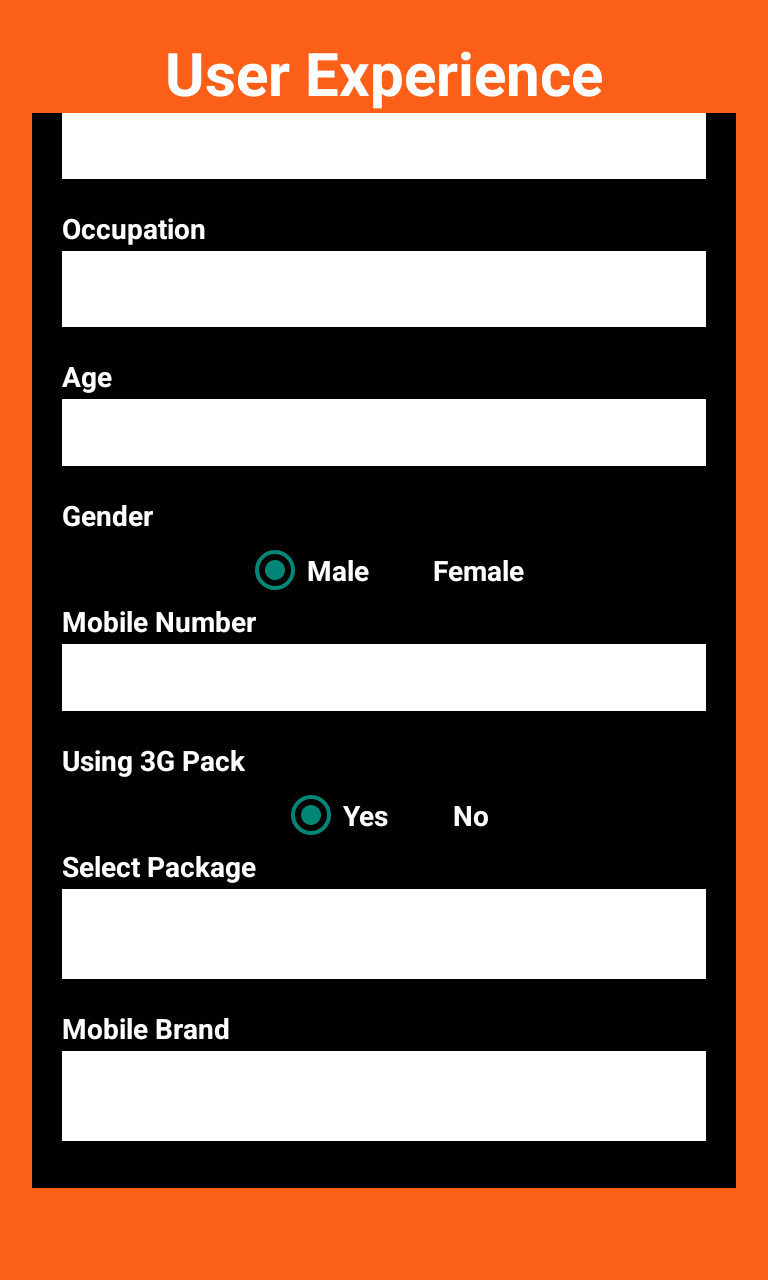
Repository: MushfiqurRahman/BLink3gApp
Layout: 3gExperience/res/layout/activity_survey.xml
These files come from the project's save history. The layout is drawn as it stood at one moment and after the next save; the edit follows.
It is drawn on a 768 x 1280 px phone screen (xhdpi) without system bars, with theme AppTheme; the app's code is not run.

Above is the layout before, as saved 2014-05-21 13:06:39.

### 3gExperience/res/layout/activity_survey.xml
<RelativeLayout xmlns:android="http://schemas.android.com/apk/res/android"
    xmlns:tools="http://schemas.android.com/tools"
    android:layout_width="match_parent"
    android:layout_height="match_parent"
    android:background="#FC6018"
    android:paddingBottom="@dimen/activity_vertical_margin"
    android:paddingLeft="@dimen/activity_horizontal_margin"
    android:paddingRight="@dimen/activity_horizontal_margin"
    android:paddingTop="@dimen/activity_vertical_margin"
    tools:context="com.example.gexperience.SurveyActivity$PlaceholderFragment" >

    <RelativeLayout
        android:id="@+id/topMain"
        android:layout_width="fill_parent"
        android:layout_height="wrap_content" >

        <TextView
            android:layout_width="wrap_content"
            android:layout_height="wrap_content"
            android:layout_centerInParent="true"
            android:layout_marginLeft="5dip"
            android:text="@string/survey_heading"
            android:textColor="#ffffff"
            android:textSize="30sp"
            android:textStyle="bold" />
    </RelativeLayout>

    <LinearLayout
        android:id="@+id/LinearBottom"
        android:layout_width="fill_parent"
        android:layout_height="30dp"
        android:layout_alignParentBottom="true"
        android:gravity="bottom"
        android:orientation="vertical" >
    </LinearLayout>

    <LinearLayout
        android:id="@+id/layout_survey_form"
        android:layout_width="fill_parent"
        android:layout_height="fill_parent"
        android:layout_above="@id/LinearBottom"
        android:layout_alignParentLeft="true"
        android:layout_below="@id/topMain"
        android:background="#000000"
        android:gravity="center"
        android:orientation="vertical"
        android:paddingLeft="15dp"
        android:paddingRight="15dp" >

        <LinearLayout
            android:layout_width="fill_parent"
            android:layout_height="wrap_content"
            android:layout_gravity="left" >

            <TextView
                android:id="@+id/textView3"
                android:layout_width="wrap_content"
                android:layout_height="wrap_content"
                android:layout_marginBottom="2dp"
                android:text="@string/sbcr_name"
                android:textColor="#FFFFFF"
                android:textStyle="bold" />
        </LinearLayout>

        <EditText
            android:id="@+id/edtName"
            android:layout_width="match_parent"
            android:layout_height="wrap_content"
            android:layout_marginBottom="15dp"
            android:background="#FFFFFF"
            android:ems="10"
            android:inputType="text"
            android:textSize="25sp" />

        <LinearLayout
            android:layout_width="fill_parent"
            android:layout_height="wrap_content"
            android:layout_gravity="left" >

            <TextView
                android:id="@+id/textView1"
                android:layout_width="wrap_content"
                android:layout_height="wrap_content"
                android:layout_marginBottom="2dp"
                android:text="@string/sbcr_occupation"
                android:textColor="#FFFFFF"
                android:textStyle="bold" />
        </LinearLayout>

        <Spinner
            android:id="@+id/spnOccupation"
            android:layout_width="match_parent"
            android:layout_height="38dp"
            android:layout_marginBottom="15dp"
            android:background="#FFFFFF"
            android:drawSelectorOnTop="true"
            android:padding="5dp"
            android:spinnerMode="dropdown"
            android:textSize="30sp" />

        <LinearLayout
            android:layout_width="fill_parent"
            android:layout_height="wrap_content"
            android:layout_gravity="left" >

            <TextView
                android:id="@+id/textView2"
                android:layout_width="wrap_content"
                android:layout_height="wrap_content"
                android:layout_marginBottom="2dp"
                android:text="@string/sbcr_age"
                android:textColor="#FFFFFF"
                android:textStyle="bold" />
        </LinearLayout>

        <EditText
            android:id="@+id/edtAge"
            android:layout_width="match_parent"
            android:layout_height="wrap_content"
            android:layout_marginBottom="15dp"
            android:background="#FFFFFF"
            android:ems="10"
            android:inputType="number"
            android:textSize="25sp" />

        <LinearLayout
            android:layout_width="fill_parent"
            android:layout_height="wrap_content"
            android:layout_gravity="left" >

            <TextView
                android:id="@+id/tvGender"
                android:layout_width="wrap_content"
                android:layout_height="wrap_content"
                android:layout_marginBottom="2dp"
                android:text="@string/sbcr_gender"
                android:textColor="#FFFFFF"
                android:textStyle="bold" />
        </LinearLayout>

        <RadioGroup
            android:id="@+id/rdoGender"
            android:layout_width="wrap_content"
            android:layout_height="wrap_content"
            android:orientation="horizontal" >

            <RadioButton
                android:id="@+id/radio0"
                android:layout_width="wrap_content"
                android:layout_height="wrap_content"
                android:checked="true"
                android:text="Male"
                android:textColor="#FFFFFF"
                android:textStyle="bold" />

            <RadioButton
                android:id="@+id/radio1"
                android:layout_width="wrap_content"
                android:layout_height="wrap_content"
                android:text="Female"
                android:textColor="#FFFFFF"
                android:textStyle="bold" />
        </RadioGroup>

        <LinearLayout
            android:layout_width="fill_parent"
            android:layout_height="wrap_content"
            android:layout_gravity="left" >

            <TextView
                android:id="@+id/tvMobileNo"
                android:layout_width="wrap_content"
                android:layout_height="wrap_content"
                android:layout_marginBottom="2dp"
                android:text="@string/sbcr_mobile"
                android:textColor="#FFFFFF"
                android:textStyle="bold" />
        </LinearLayout>

        <EditText
            android:id="@+id/edtMobileNo"
            android:layout_width="match_parent"
            android:layout_height="wrap_content"
            android:layout_marginBottom="15dp"
            android:background="#FFFFFF"
            android:ems="10"
            android:inputType="number"
            android:textSize="25sp" />

        <LinearLayout
            android:layout_width="fill_parent"
            android:layout_height="wrap_content"
            android:layout_gravity="left" >

            <TextView
                android:id="@+id/tv3gPack"
                android:layout_width="wrap_content"
                android:layout_height="wrap_content"
                android:layout_marginBottom="2dp"
                android:text="@string/sbcr_is_3g"
                android:textColor="#FFFFFF"
                android:textStyle="bold" />
        </LinearLayout>

        <RadioGroup
            android:id="@+id/rdo3g"
            android:layout_width="wrap_content"
            android:layout_height="wrap_content"
            android:orientation="horizontal" >

            <RadioButton
                android:id="@+id/radio0"
                android:layout_width="wrap_content"
                android:layout_height="wrap_content"
                android:checked="true"
                android:text="Yes"
                android:textColor="#FFFFFF"
                android:textStyle="bold" />

            <RadioButton
                android:id="@+id/radio1"
                android:layout_width="wrap_content"
                android:layout_height="wrap_content"
                android:text="No"
                android:textColor="#FFFFFF"
                android:textStyle="bold" />
        </RadioGroup>

        <LinearLayout
            android:layout_width="fill_parent"
            android:layout_height="wrap_content"
            android:layout_gravity="left" >

            <TextView
                android:id="@+id/tvPackageType"
                android:layout_width="wrap_content"
                android:layout_height="wrap_content"
                android:layout_marginBottom="2dp"
                android:text="@string/sbcr_package_type"
                android:textColor="#FFFFFF"
                android:textStyle="bold" />
        </LinearLayout>

        <Spinner
            android:id="@+id/spnPackageTypes"
            android:layout_width="match_parent"
            android:layout_height="45dp"
            android:layout_marginBottom="15dp"
            android:background="#FFFFFF"
            android:padding="5dp"
            android:spinnerMode="dropdown"
            android:textSize="30sp" />

        <LinearLayout
            android:layout_width="fill_parent"
            android:layout_height="wrap_content"
            android:layout_gravity="left" >

            <TextView
                android:id="@+id/tvMobileBrand"
                android:layout_width="wrap_content"
                android:layout_height="wrap_content"
                android:layout_marginBottom="2dp"
                android:text="@string/sbcr_mobile_brand"
                android:textColor="#FFFFFF"
                android:textStyle="bold" />
        </LinearLayout>

        <Spinner
            android:id="@+id/spnMobileBrad"
            android:layout_width="match_parent"
            android:layout_height="45dp"
            android:layout_marginBottom="15dp"
            android:background="#FFFFFF"
            android:padding="5dp"
            android:spinnerMode="dropdown"
            android:textSize="30sp" />

        <Button
            android:id="@+id/btnSubmit"
            android:layout_width="match_parent"
            android:layout_height="wrap_content"
            android:layout_marginBottom="15dp"
            android:text="@string/submit"
            android:textColor="#FFFFFF"
            android:textSize="20sp"
            android:textStyle="bold"
            android:background="#FF5A01"  />

        <Button
            android:id="@+id/btnReset"
            android:layout_width="match_parent"
            android:layout_height="wrap_content"
            android:layout_marginBottom="15dp"
            android:text="@string/reset"
            android:textColor="#FFFFFF"
            android:textSize="20sp"
            android:textStyle="bold"
            android:background="#FF5A01"  />
    </LinearLayout>

</RelativeLayout>

### 3gExperience/res/values/strings.xml
<?xml version="1.0" encoding="utf-8"?>
<resources>

    <string name="app_name">3gExperience</string>
    <string name="hello_world">Hello world!</string>
    <string name="action_settings">Settings</string>
    <string name="title_activity_login">LoginActivity</string>
    <string name="title_activity_survey">SurveyActivity</string>
    <string name="bp_code">BP Code</string>
    <string name="area">Area</string>
    <string name="location">Location</string>
    <string name="login">Login</string>
    <string name="survey_heading">User Experience</string>
    <string name="sbcr_name">Subscriber Name</string>
    <string name="sbcr_occupation">Occupation</string>
    <string name="sbcr_age">Age</string>
    <string name="sbcr_gender">Gender</string>
    <string name="sbcr_mobile">Mobile Number</string>
    <string name="sbcr_is_3g">Using 3G Pack</string>
    <string name="sbcr_package_type">Select Package</string>
    <string name="sbcr_mobile_brand">Mobile Brand</string>
    <string name="submit">Submit</string>
    <string name="reset">Reset</string>
    <string name="action_db_sync">Sync Database</string>
    <string name="logout">Logout</string>
</resources>

Loaded but not shown: 3gExperience/res/values/styles.xml (common file); 3gExperience/res/values-v11/styles.xml (common file); 3gExperience/res/values-v14/styles.xml (common file); 3gExperience/res/values/dimens.xml (common file); 3gExperience/res/values-w820dp/dimens.xml (common file)

After the next save:
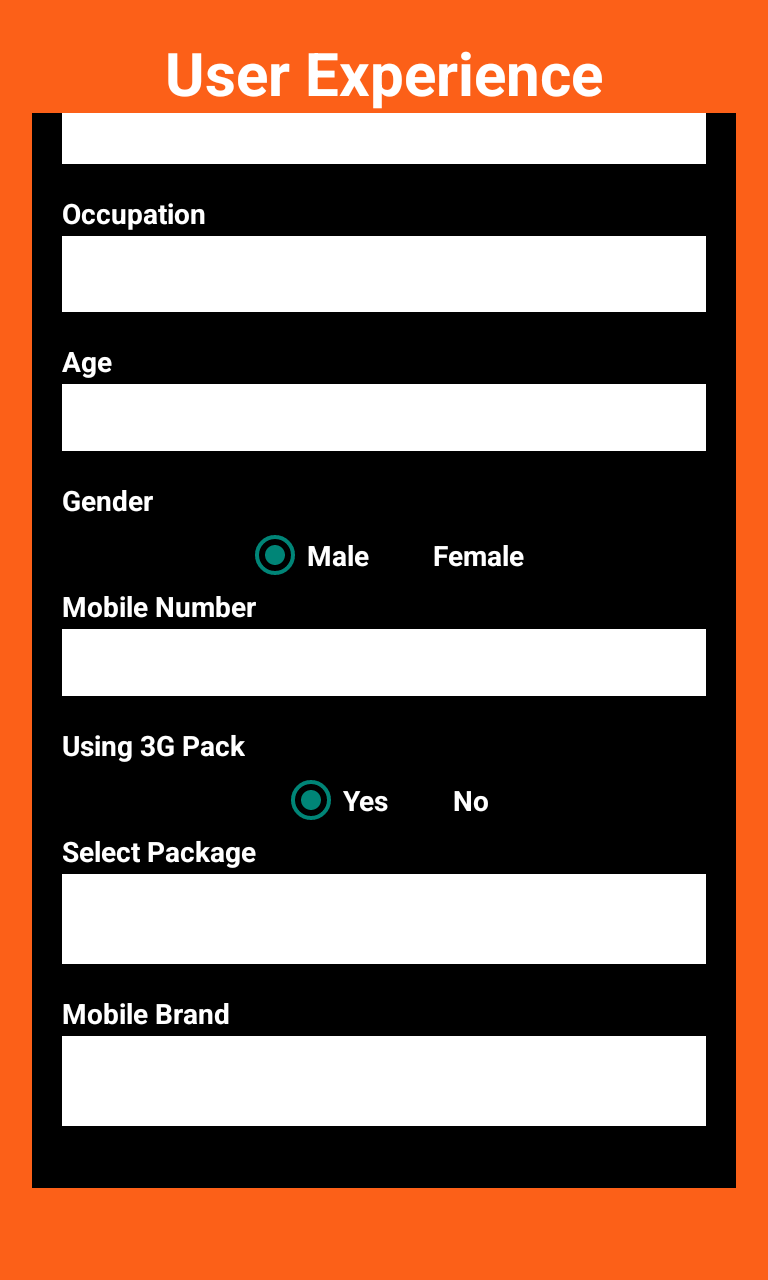
Saved 23 min 36 s later.
--- a/3gExperience/res/layout/activity_survey.xml
+++ b/3gExperience/res/layout/activity_survey.xml
@@ -276,6 +276,32 @@
             android:spinnerMode="dropdown"
             android:textSize="30sp" />
 
+
+                <LinearLayout
+            android:layout_width="fill_parent"
+            android:layout_height="wrap_content"
+            android:layout_gravity="left" >
+
+            <TextView
+                android:id="@+id/textView3"
+                android:layout_width="wrap_content"
+                android:layout_height="wrap_content"
+                android:layout_marginBottom="2dp"
+                android:text="@string/sbcr_name"
+                android:textColor="#FFFFFF"
+                android:textStyle="bold" />
+        </LinearLayout>
+
+        <EditText
+            android:id="@+id/edtRecharge"
+            android:layout_width="match_parent"
+            android:layout_height="wrap_content"
+            android:layout_marginBottom="15dp"
+            android:background="#FFFFFF"
+            android:ems="10"
+            android:inputType="text"
+            android:textSize="25sp" />
+
         <Button
             android:id="@+id/btnSubmit"
             android:layout_width="match_parent"
